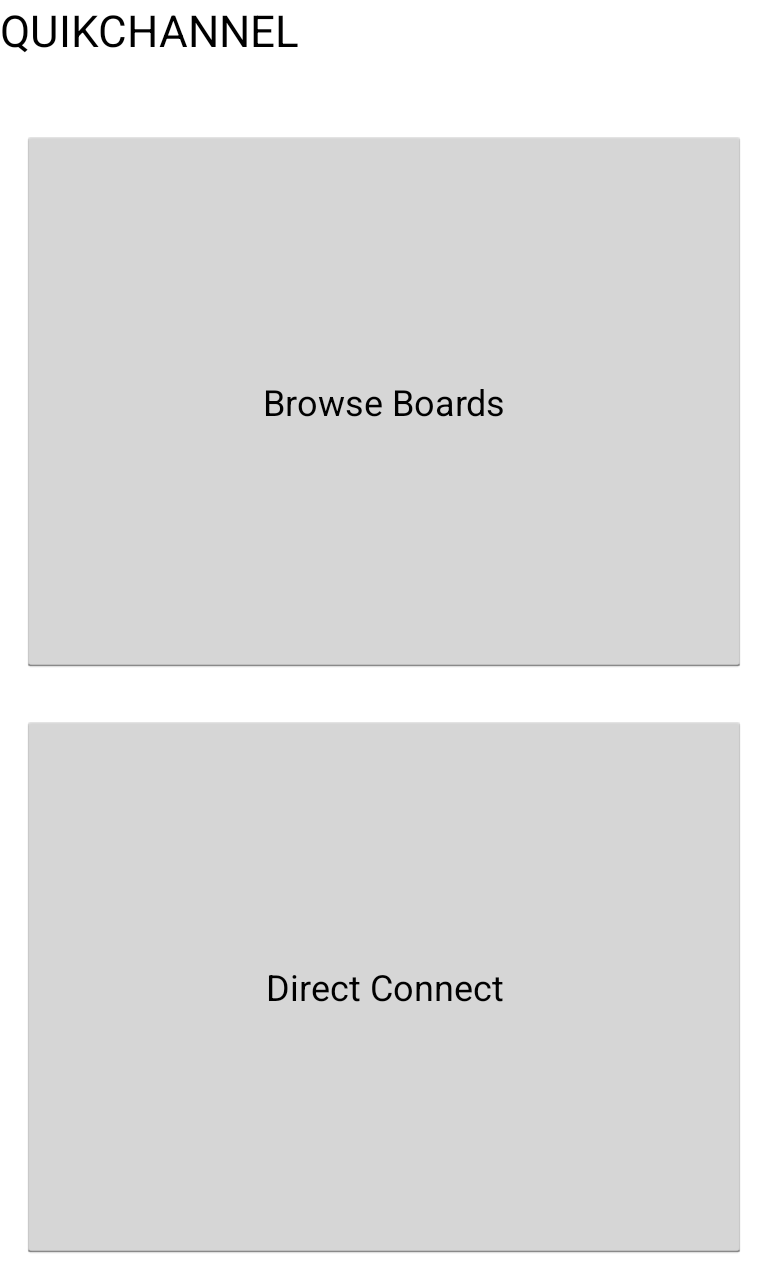
Repository: tomacoast/Quik-Channel
Layout: WorkspaceI/Quikchannel/res/layout/activity_main.xml
These files come from the project's save history. The layout is drawn as it stood at one moment and after the next save; the edit follows.
It is drawn on a 768 x 1280 px phone screen (xhdpi) without system bars, with theme AppTheme; the app's code is not run. The app's manifest (not shown) leaves right-to-left support off. So textAlignment, textDirection and layoutDirection are ignored, and left and right values win over start and end ones.

Above is the layout before, as saved 2014-05-21 06:43:42.

### WorkspaceI/Quikchannel/res/layout/activity_main.xml
<LinearLayout xmlns:android="http://schemas.android.com/apk/res/android"
    android:layout_width="fill_parent"
    android:layout_height="fill_parent"
    android:orientation="vertical" >

    <TextView
        android:id="@+id/textView1"
        android:layout_width="fill_parent"
        android:layout_height="0dip"
        android:text="@string/main_title"
        android:textAlignment="center"
        android:layout_weight="1"
        android:textAppearance="?android:attr/textAppearanceLarge" />
    <Button
        android:id="@+id/browse_boards_button"
        android:layout_margin="10sp"
        android:layout_width="fill_parent"
        android:layout_height="0dp"
        android:layout_weight="5"
        android:text="@string/browse_boards_button" />
    <Button
        android:id="@+id/direct_connect_button"
        android:layout_margin="10sp"
        android:layout_width="fill_parent"
        android:layout_height="0dp"
        android:layout_weight="5"
        android:text="@string/direct_connect_button" />

</LinearLayout>

### WorkspaceI/Quikchannel/res/values/strings.xml
<?xml version="1.0" encoding="utf-8"?>
<resources>

    <string name="ip">INSERT IP HERE</string>

    <string name="app_name">Quikchannel</string>
    <string name="action_settings">Settings</string>
    <string name="direct_connect_button">Direct Connect</string>
    <string name="browse_boards_button">Browse Boards</string>
    <string name="main_title">QUIKCHANNEL</string>
    <string name="add_entry">Add a post</string>
    <string name="add_thread">Add a thread</string>
    <string name="make_post_title">Add a post</string>
    <string name="make_thread_title">Add a thread</string>
    <string name="submit">Submit</string>
    <string name="author">Author</string>
    <string name="title">Title</string>

</resources>

Loaded but not shown: WorkspaceI/Quikchannel/res/values/styles.xml (common file); WorkspaceI/Quikchannel/res/values-v11/styles.xml (common file); WorkspaceI/Quikchannel/res/values-v14/styles.xml (common file)

After the next save:
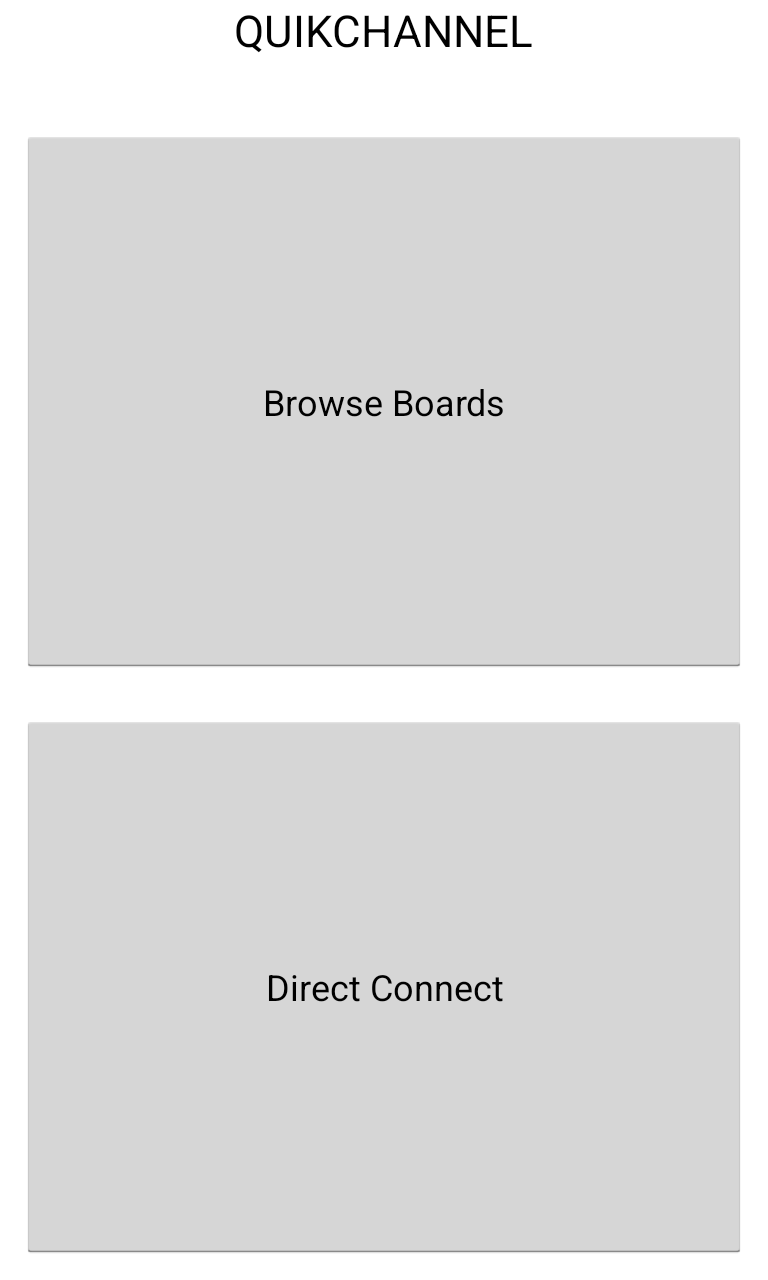
Saved 67 s later.
--- a/WorkspaceI/Quikchannel/res/layout/activity_main.xml
+++ b/WorkspaceI/Quikchannel/res/layout/activity_main.xml
@@ -5,10 +5,10 @@
 
     <TextView
         android:id="@+id/textView1"
-        android:layout_width="fill_parent"
+        android:layout_width="wrap_content"
         android:layout_height="0dip"
         android:text="@string/main_title"
-        android:textAlignment="center"
+		android:layout_gravity="center_horizontal"
         android:layout_weight="1"
         android:textAppearance="?android:attr/textAppearanceLarge" />
     <Button
